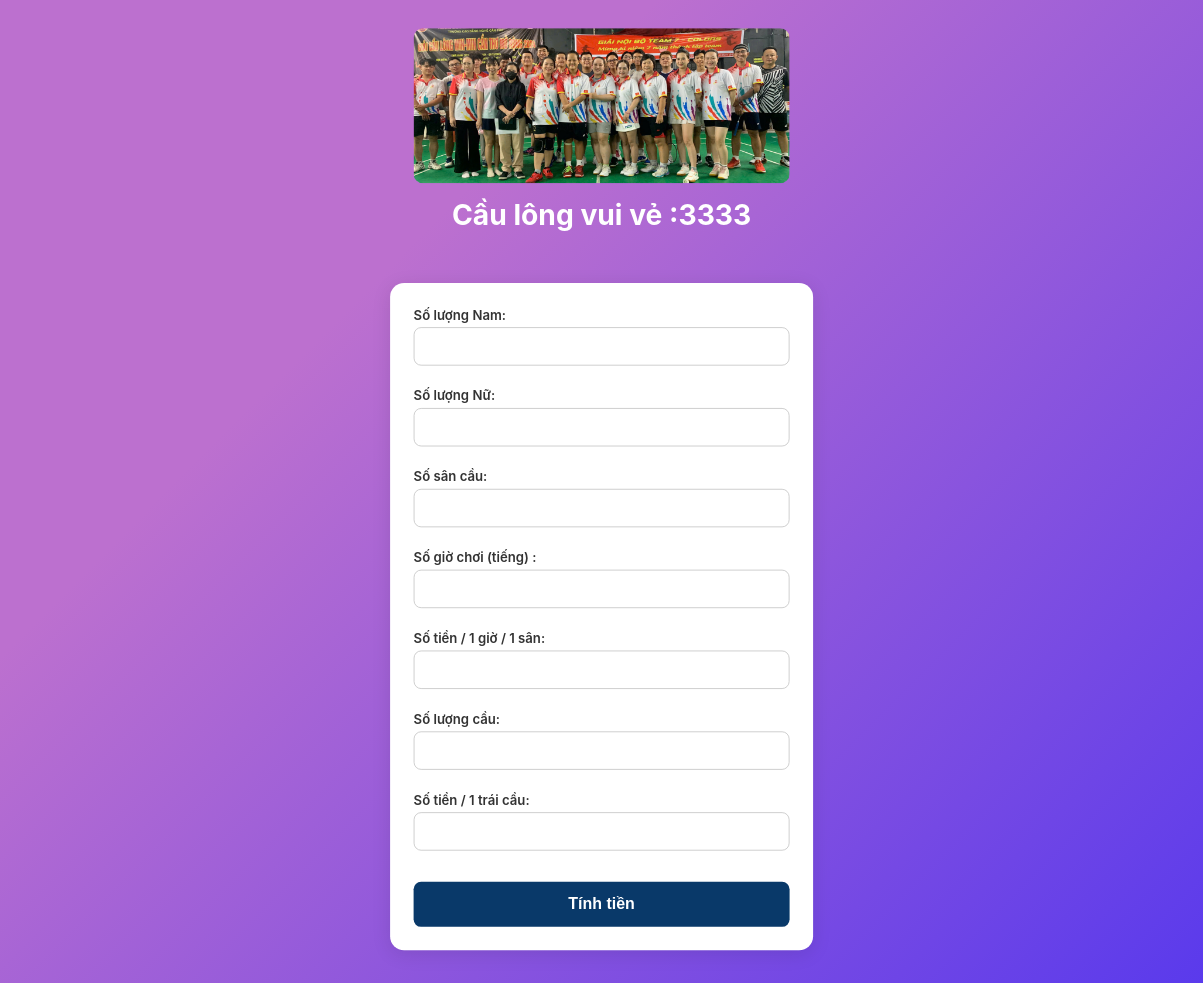
Repository: LuongPTCE181311/Badminton
Page: index.html
These files come from the project's save history. The page is drawn as it stood at one moment and after the next save; the edit follows.
The browser window is 1280 px wide. The pictures show the whole page, at 94% of full size.
The pointer rests on the first visible `.btn`.

Above is the page before, as saved 2025-12-07 23:28:51.

### index.html
<!DOCTYPE html>
<html lang="vi">

<head>
    <meta charset="UTF-8" />
    <meta name="viewport" content="width=device-width, initial-scale=1.0" />
    <title>Tính Tiền Sân Cầu Lông</title>
    <link rel="stylesheet" href="assets/css/style.css" />
</head>

<body>


    <div class="hero">
        <img src="assets/images/Caulongvuive.jpg" id="img" class="hero-img" alt="Group" />
        <h1 class="title">Cầu lông vui vẻ :3333</h1>
    </div>


    <div class="container">
        <form id="calcForm">


            <div class="form-group">
                <label>Số lượng Nam:</label>
                <input type="number" id="men" />
                <span class="error" id="men_err"></span>
            </div>


            <div class="form-group">
                <label>Số lượng Nữ:</label>
                <input type="number" id="women" />
                <span class="error" id="women_err"></span>
            </div>


            <div class="form-group">
                <label>Số sân cầu:</label>
                <input type="number" id="courts" />
                <span class="error" id="courts_err"></span>
            </div>


            <div class="form-group">
                <label>Số giờ chơi (tiếng) :</label>
                <input type="number" id="hours" />
                <span class="error" id="hours_err"></span>
            </div>


            <div class="form-group">
                <label>Số tiền / 1 giờ / 1 sân:</label>
                <input type="number" id="pricePerHour" />
                <span class="error" id="pricePerHour_err"></span>
            </div>


            <div class="form-group">
                <label>Số lượng cầu:</label>
                <input type="number" id="shuttleCount" />
                <span class="error" id="shuttleCount_err"></span>
            </div>


            <div class="form-group">
                <label>Số tiền / 1 trái cầu:</label>
                <input type="number" id="pricePerShuttle" />
                <span class="error" id="pricePerShuttle_err"></span>
            </div>


            <button type="button" id="calculateBtn" class="btn">Tính tiền</button>
        </form>
    </div>


    <div id="resultModal" class="modal hidden">
        <div class="modal-content">
            <h2>Kết Quả Tính Tiền</h2>
            <div id="result"></div>
            <button id="closeModal" class="close-btn">Đóng</button>
        </div>
    </div>


    <script src="assets/js/main.js"></script>
</body>

</html>

### assets/css/style.css
* {
  box-sizing: border-box;
}

body {
  margin: 0;
  padding: 10px;
  font-family: -apple-system, BlinkMacSystemFont, "Segoe UI", Roboto,
    "Helvetica Neue", Arial, sans-serif;
  background: linear-gradient(135deg, #bc70cf 30%, #5a3aec 100%);
  min-height: 100vh;
}

.hero {
  text-align: center;
  padding: 20px 0;
  max-width: 100%;
  overflow: hidden;
}

.hero-img {
  width: 100%;
  max-width: 400px;
  height: auto;
  display: block;
  margin: 0 auto 15px auto;
  border-radius: 10px;
  object-fit: cover;
}

.close-btn {
  padding: 12px;
  font-size: 15px;
  border-radius: 10px;
  width: 100%;
  margin-top: 3%;
  background-color: #bd5ad6;
  border: none;
  outline: none;
  color: white;
}

.title {
  font-size: clamp(24px, 5vw, 30px);
  font-weight: bold;
  color: white;
  margin: 10px 0;
  text-shadow: 2px 2px 4px rgba(0, 0, 0, 0 3);
  padding: 0 15px;
}

.container {
  width: calc(100% - 20px);
  max-width: 450px;
  margin: 25px auto;
  background: white;
  padding: 25px;
  border-radius: 15px;
  box-shadow: 0 4px 20px rgba(0, 0, 0, 0.1);
}

label {
  font-weight: 600;
  display: block;
  margin-bottom: 5px;
  font-size: 14px;
  color: #333;
}

input {
  width: 100%;
  padding: 12px;
  border-radius: 8px;
  border: 1px solid #ccc;
  transition: 0.3s;
  -webkit-appearance: none;
  appearance: none;
}

input:focus {
  outline: none;
  border-color: #1e88e5;
  box-shadow: 0 0 0 3px rgba(30, 136, 229, 0.1);
}

input.error-border {
  border-color: #e53935 !important;
}

.error {
  font-size: 12px;
  color: #e53935;
  display: block;
  margin-top: 5px;
  min-height: 18px;
}

.btn {
  width: 100%;
  padding: 14px;
  background: #5a3aec;
  color: white;
  font-size: 17px;
  font-weight: 600;
  border: none;
  border-radius: 8px;
  cursor: pointer;
  transition: background 0.3s, transform 0.1s;
  margin-top: 10px;
}

.btn:hover {
  background: #093969;
}

.btn:active {
  transform: scale(0.98);
}

.modal {
  position: fixed;
  inset: 0;
  background: rgba(0, 0, 0, 0.5);
  display: flex;
  justify-content: center;
  align-items: center;
  z-index: 1000;
  padding: 20px;
}

.hidden {
  display: none !important;
}

.modal-content {
  background: white;
  padding: 25px;
  width: calc(100% - 40px);
  max-width: 400px;
  border-radius: 15px;
  text-align: left;
  box-shadow: 0 4px 15px rgba(0, 0, 0, 0.2);
  max-height: 90vh;
  overflow-y: auto;
}

.modal-content h2 {
  margin-top: 0;
  margin-bottom: 20px;
  text-align: center;
  color: #333;
  font-size: clamp(20px, 4vw, 24px);
}

#result {
  line-height: 1.8;
  font-size: 14px;
  color: #555;
}

#result b {
  color: #333;
}

. close-btn {
  margin-top: 20px;
  background: #e53935;
  color: white;
  padding: 12px;
  width: 100%;
  border: none;
  border-radius: 8px;
  cursor: pointer;
  font-size: 16px;
  font-weight: 600;
  transition: background 0.3s, transform 0.1s;
}

.close-btn:hover {
  background: #d32f2f;
}

. close-btn:active {
  transform: scale(0.98);
}

/* Tablet devices */
@media screen and (max-width: 768px) {
  body {
    padding: 10px;
  }

  . container {
    width: calc(100% - 20px);
    margin: 20px auto;
    padding: 20px;
  }

  . hero {
    padding: 15px 0;
  }

  .hero-img {
    max-width: 350px;
  }
}

/* Mobile devices */
@media screen and (max-width: 480px) {
  body {
    padding: 10px;
  }

  .container {
    width: calc(100% - 20px);
    margin: 15px auto;
    padding: 20px 15px;
    border-radius: 12px;
  }

  .hero {
    padding: 10px 0;
  }

  . hero-img {
    max-width: 100%;
    width: calc(100% - 20px);
    margin: 0 auto 10px auto;
  }

  .title {
    font-size: 22px;
    padding: 0 10px;
  }

  . form-group {
    margin-bottom: 12px;
  }

  label {
    font-size: 14px;
  }

  input {
    padding: 12px;
    font-size: 16px;
  }

  .btn {
    padding: 14px;
    font-size: 16px;
  }

  . modal {
    padding: 15px;
  }

  .modal-content {
    width: calc(100% - 30px);
    padding: 20px;
    border-radius: 12px;
  }

  .modal-content h2 {
    font-size: 20px;
    margin-bottom: 15px;
  }

  #result {
    font-size: 13px;
    line-height: 1.7;
  }

  .close-btn {
    padding: 12px;
    font-size: 15px;
    border-radius: 10px;
    width: 100%;
    margin-top: 3%;
    background-color: #bd5ad6;
    border: none;
    outline: none;
    color: white;
  }
}

/* Very small mobile devices */
@media screen and (max-width: 360px) {
  body {
    padding: 8px;
  }

  . container {
    width: calc(100% - 16px);
    padding: 15px 12px;
  }

  . title {
    font-size: 20px;
  }

  . hero-img {
    width: calc(100% - 16px);
  }

  input {
    padding: 10px;
  }

  .btn {
    padding: 12px;
    font-size: 15px;
  }

  .modal-content {
    width: calc(100% - 24px);
    padding: 15px;
  }

  #result {
    font-size: 12px;
  }
}

/* Landscape orientation on mobile */
@media screen and (max-height: 600px) and (orientation: landscape) {
  body {
    padding: 5px;
  }

  . hero {
    padding: 5px 0;
  }

  .hero-img {
    max-width: 200px;
    max-height: 120px;
    margin-bottom: 5px;
  }

  .title {
    font-size: 18px;
    margin: 5px 0;
  }

  .container {
    margin: 10px auto;
    width: calc(100% - 10px);
    max-width: 600px;
  }

  . modal-content {
    max-height: 85vh;
  }
}

### assets/js/main.js
// ===================== VALIDATION =========================

function setError(id, message) {
  const input = document.getElementById(id);
  const err = document.getElementById(id + "_err");
  err.textContent = message;
  input.classList.add("error-border");
}

function clearError(id) {
  const input = document.getElementById(id);
  const err = document.getElementById(id + "_err");
  err.textContent = "";
  input.classList.remove("error-border");
}

function validateField(id) {
  const value = document.getElementById(id).value.trim();

  switch (id) {
    case "men":
    case "women":
      if (value === "" || isNaN(value) || parseInt(value) < 0) {
        setError(id, "Giá trị phải ≥ 0");
        return false;
      }
      const men = parseInt(document.getElementById("men").value) || 0;
      const women = parseInt(document.getElementById("women").value) || 0;
      if (men === 0 && women === 0) {
        setError(id, "Nam + Nữ phải ≥ 1");
        return false;
      }
      break;

    case "courts":
      if (value === "" || isNaN(value) || parseInt(value) <= 0) {
        setError(id, "Số sân phải > 0");
        return false;
      }
      break;

    case "hours":
      if (value === "" || isNaN(value) || parseFloat(value) <= 0) {
        setError(id, "Số giờ phải > 0 (cho phép thập phân)");
        return false;
      }
      break;

    case "pricePerHour":
      if (value === "" || isNaN(value) || parseInt(value) < 1000) {
        setError(id, "Tiền / giờ phải ≥ 1000đ");
        return false;
      }
      break;

    case "shuttleCount":
      if (value === "" || isNaN(value) || parseInt(value) <= 0) {
        setError(id, "Số lượng cầu phải > 0");
        return false;
      }
      break;

    case "pricePerShuttle":
      if (value === "" || isNaN(value) || parseInt(value) < 1000) {
        setError(id, "Tiền 1 trái cầu phải ≥ 1000đ");
        return false;
      }
      break;
  }

  clearError(id);
  return true;
}

[
  "men",
  "women",
  "courts",
  "hours",
  "pricePerHour",
  "shuttleCount",
  "pricePerShuttle",
].forEach((id) => {
  document.getElementById(id).addEventListener("input", () => {
    validateField(id);
    if (id === "men" || id === "women") {
      const otherId = id === "men" ? "women" : "men";
      validateField(otherId);
    }
  });
});

// ===================== MODAL =========================

function closeModal() {
  document.getElementById("resultModal").classList.add("hidden");
}

function openModal() {
  document.getElementById("resultModal").classList.remove("hidden");
}

document.getElementById("closeModal").addEventListener("click", closeModal);

function roundUpToThousand(num) {
  return Math.ceil(num / 1000) * 1000;
}

// ===================== THUẬT TOÁN TỐI ƯU =========================

function findOptimalSplit(total, men, women) {
  let bestSolution = null;
  let minDifference = Infinity;
  for (let targetDiff = 3000; targetDiff <= 5000; targetDiff += 1000) {
    let perWoman = (total - targetDiff * men) / (men + women);
    let perMan = perWoman + targetDiff;
    perWoman = roundUpToThousand(perWoman);
    perMan = roundUpToThousand(perMan);
    while (perMan - perWoman < 3000) {
      perMan += 1000;
    }
    while (perMan - perWoman > 5000) {
      perWoman += 1000;
    }
    let actualTotal = perMan * men + perWoman * women;
    while (actualTotal < total) {
      const option1Woman = perWoman + 1000;
      const option1Total = perMan * men + option1Woman * women;
      if (perMan - option1Woman < 3000) {
        perMan += 1000;
      }
      perWoman = option1Woman;
      actualTotal = perMan * men + perWoman * women;
    }
    const genderDiff = perMan - perWoman;
    if (genderDiff < 3000 || genderDiff > 5000) {
      continue;
    }
    const difference = actualTotal - total;
    if (difference < minDifference) {
      minDifference = difference;
      bestSolution = {
        perMan: perMan,
        perWoman: perWoman,
        actualTotal: actualTotal,
        genderDiff: genderDiff,
      };
    }
  }

  return bestSolution;
}

// ===================== CALCULATE =========================

document.getElementById("calculateBtn").addEventListener("click", function () {
  let ok = true;
  const ids = [
    "men",
    "women",
    "courts",
    "hours",
    "pricePerHour",
    "shuttleCount",
    "pricePerShuttle",
  ];

  ids.forEach((id) => {
    if (!validateField(id)) ok = false;
  });

  if (!ok) return;

  const men = parseInt(document.getElementById("men").value) || 0;
  const women = parseInt(document.getElementById("women").value) || 0;
  const courts = parseInt(document.getElementById("courts").value);
  const hours = parseFloat(document.getElementById("hours").value);
  const pHour = parseInt(document.getElementById("pricePerHour").value);
  const scount = parseInt(document.getElementById("shuttleCount").value);
  const pShut = parseInt(document.getElementById("pricePerShuttle").value);

  const courtCost = courts * hours * pHour;
  const shuttleCost = scount * pShut;
  const total = courtCost + shuttleCost;

  let perMan = 0,
    perWoman = 0,
    actualTotal = 0;

  if (men > 0 && women > 0) {
    const solution = findOptimalSplit(total, men, women);
    perMan = solution.perMan;
    perWoman = solution.perWoman;
    actualTotal = solution.actualTotal;

    document.getElementById("result").innerHTML = `
        <b>Chi tiết chi phí:</b><br>
        • Tiền sân: ${courts} sân × ${hours}h × ${pHour.toLocaleString(
      "vi-VN"
    )}đ = ${courtCost.toLocaleString("vi-VN")} VND<br>
        • Tiền cầu: ${scount} cầu × ${pShut.toLocaleString(
      "vi-VN"
    )}đ = ${shuttleCost.toLocaleString("vi-VN")} VND<br><br>

        <b>Tổng dự kiến:</b> ${total.toLocaleString("vi-VN")} VND<br>
        <b>Tổng thực tế:</b> ${actualTotal.toLocaleString("vi-VN")} VND<br>
        <b>Chênh lệch tổng:</b> +${(actualTotal - total).toLocaleString(
          "vi-VN"
        )} VND<br><br>

        <b>Tiền mỗi nam:</b> <b>${perMan.toLocaleString(
          "vi-VN"
        )} đ </b>(x${men})<br>
        <b>Tiền mỗi nữ:</b> <b>${perWoman.toLocaleString(
          "vi-VN"
        )} đ </b>(x${women})<br><br>

        <b>Chênh lệch Nam/Nữ:</b> ${(perMan - perWoman).toLocaleString(
          "vi-VN"
        )} đ
    `;
  } else if (men > 0) {
    perMan = roundUpToThousand(total / men);
    actualTotal = perMan * men;

    document.getElementById("result").innerHTML = `
        <b>Chi tiết chi phí:</b><br>
        • Tiền sân: ${courts} sân × ${hours}h × ${pHour.toLocaleString(
      "vi-VN"
    )}đ = ${courtCost.toLocaleString("vi-VN")} VND<br>
        • Tiền cầu: ${scount} cầu × ${pShut.toLocaleString(
      "vi-VN"
    )}đ = ${shuttleCost.toLocaleString("vi-VN")} VND<br><br>

        <b>Tổng dự kiến:</b> ${total.toLocaleString("vi-VN")} VND<br>
        <b>Tổng thực tế:</b> ${actualTotal.toLocaleString("vi-VN")} VND<br>
        <b>Chênh lệch:</b> +${(actualTotal - total).toLocaleString(
          "vi-VN"
        )} VND<br><br>

        <b>Tiền mỗi nam:</b> <b> ${perMan.toLocaleString(
          "vi-VN"
        )} đ </b>(x${men})
    `;
  } else {
    perWoman = roundUpToThousand(total / women);
    actualTotal = perWoman * women;

    document.getElementById("result").innerHTML = `
        <b>Chi tiết chi phí:</b><br>
        • Tiền sân: ${courts} sân × ${hours}h × ${pHour.toLocaleString(
      "vi-VN"
    )}đ = ${courtCost.toLocaleString("vi-VN")} VND<br>
        • Tiền cầu: ${scount} cầu × ${pShut.toLocaleString(
      "vi-VN"
    )}đ = ${shuttleCost.toLocaleString("vi-VN")} VND<br><br>

        <b>Tổng dự kiến:</b> ${total.toLocaleString("vi-VN")} VND<br>
        <b>Tổng thực tế:</b> ${actualTotal.toLocaleString("vi-VN")} VND<br>
        <b>Chênh lệch:</b> +${(actualTotal - total).toLocaleString(
          "vi-VN"
        )} VND<br><br>

        <b>Tiền mỗi nữ:</b> <b>${perWoman.toLocaleString(
          "vi-VN"
        )} đ</b> (x${women})
    `;
  }

  openModal();
});

After the next save:
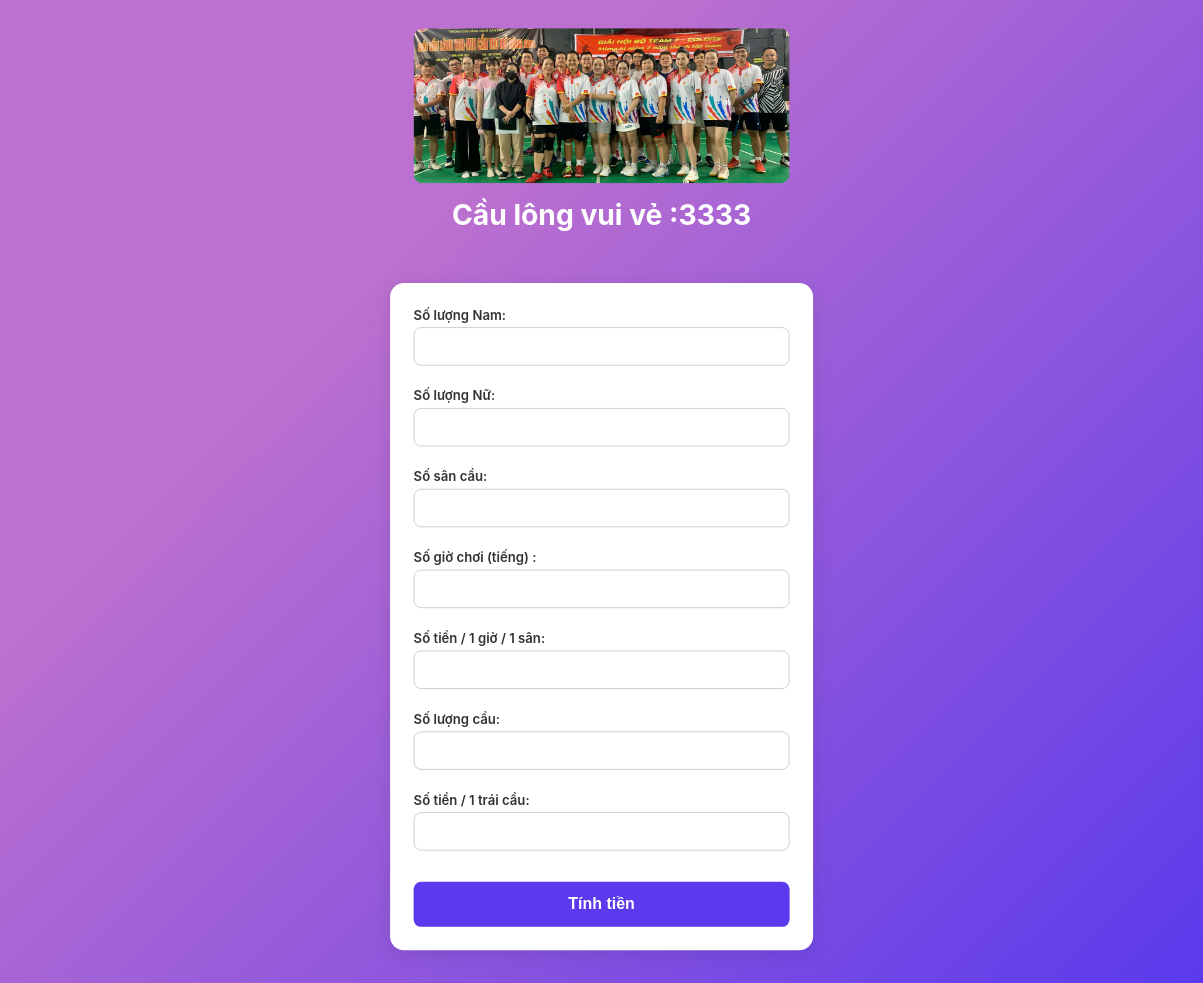
Saved 10 s later.
--- a/assets/css/style.css
+++ b/assets/css/style.css
@@ -110,7 +110,7 @@
 }
 
 .btn:hover {
-  background: #093969;
+  background: #5a3aec;
 }
 
 .btn:active {
